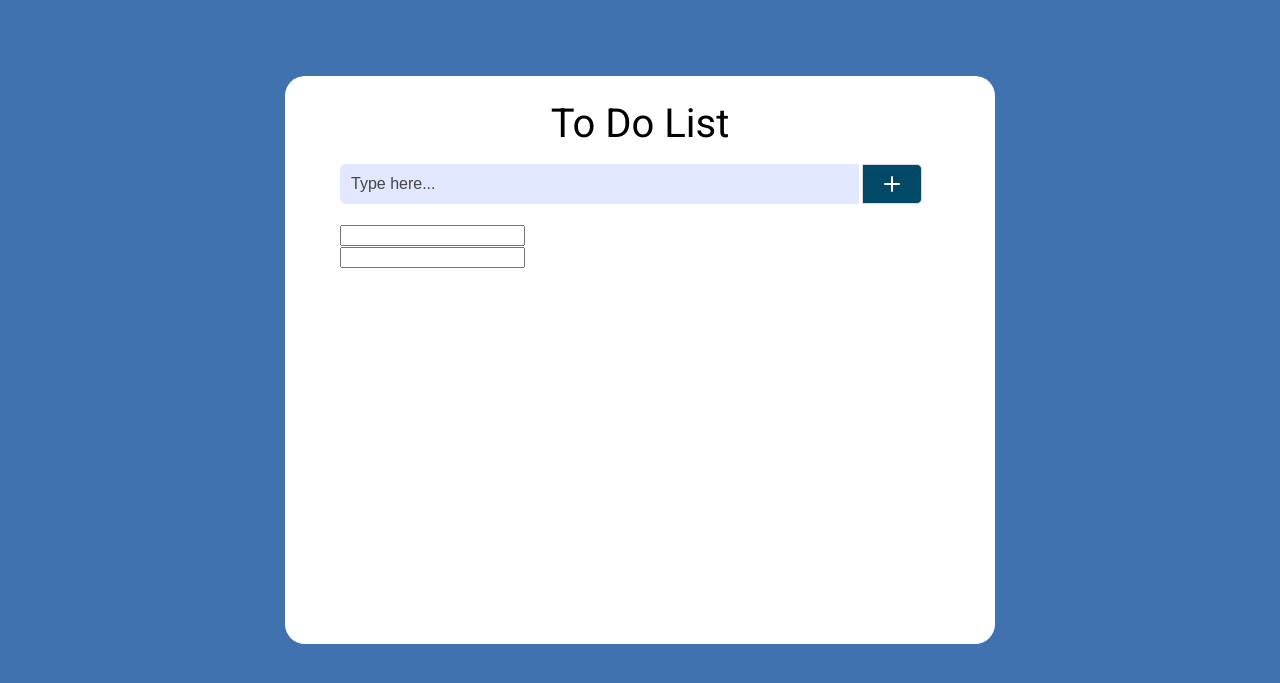
Repository: Azimich/react_ts_todo_vite_zustand
Page: /
An editor plug-in stored every save of this project. The page is shown before and after a run of saves, followed by the edit.
The browser window is 1280 px wide. The pictures show the whole page.
The project was rebuilt for these pictures with package versions that can differ from the ones it lists, and the page was loaded fresh each time. Also part of the build but not shown: vite.config.ts.

Above is the page before, as saved 2023-03-29 00:58:58.

After the next 5 saves:
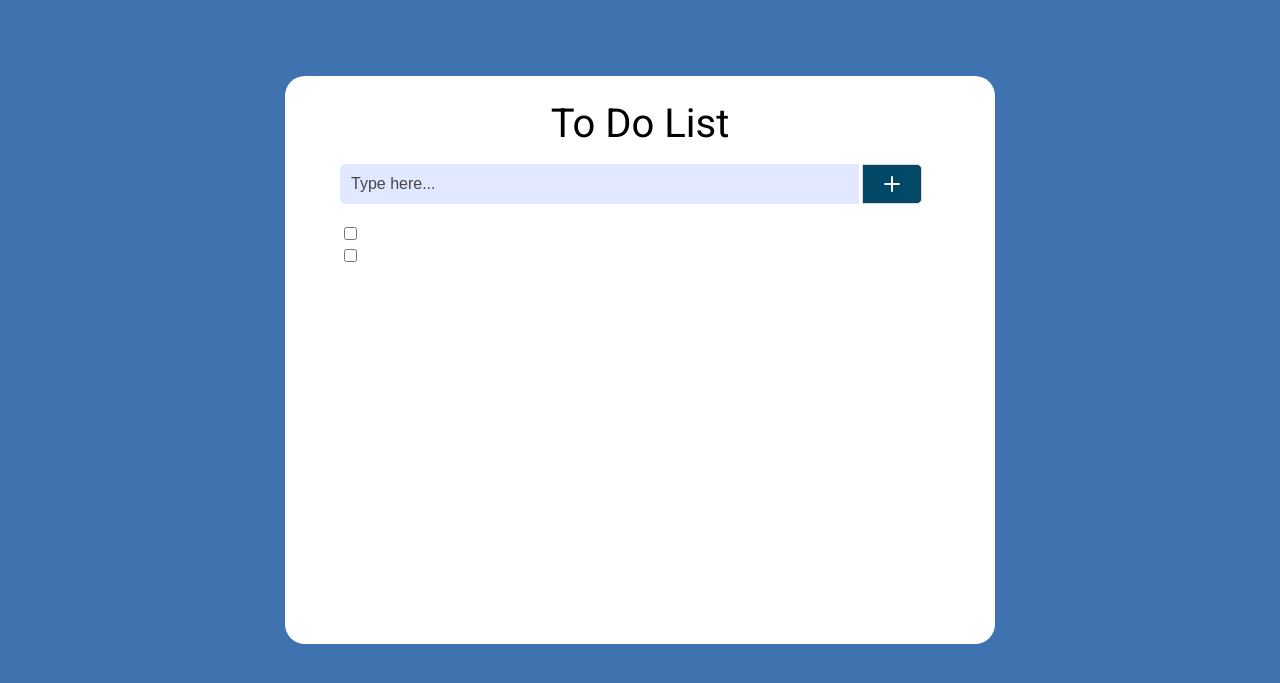
The 5 saves are shown as one change because they came seconds apart.
The last was saved 14 s later.
--- a/src/views/components/InputTask/index.tsx
+++ b/src/views/components/InputTask/index.tsx
@@ -14,7 +14,9 @@ const InputTask: FC<IInputTask> = ({ id, title, onDone, onEdited, onRemoved }) =
   return (
     <div>
       <label htmlFor="">
-        <input type="text" />
+        <input type="checkbox"
+
+        />
       </label>
     </div>
   )
